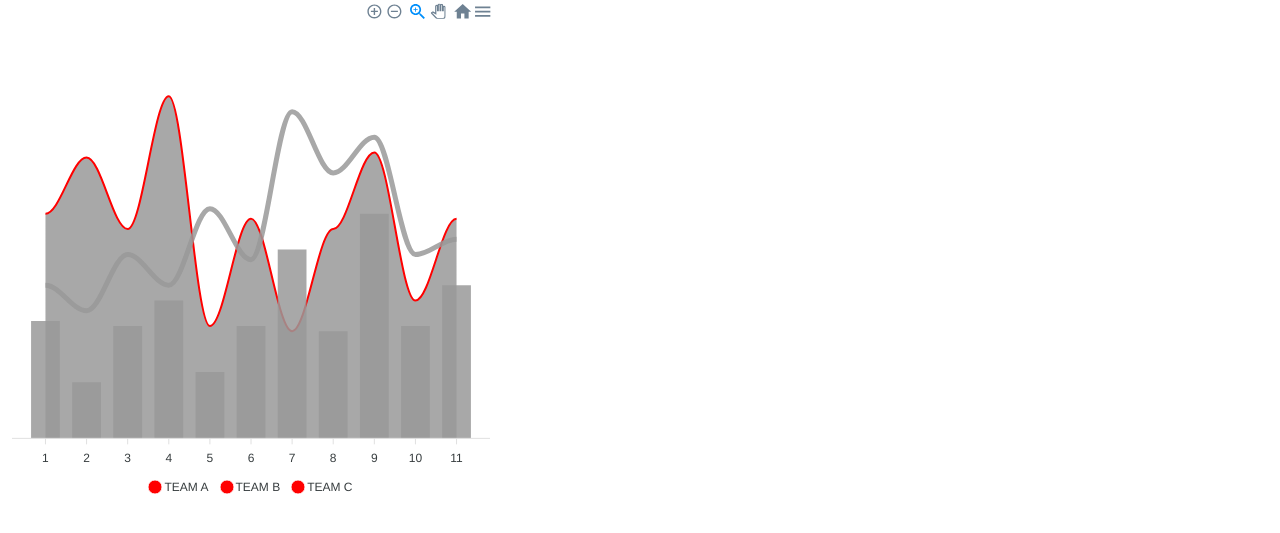
Repository: wanted-pre-onboarding-internship-1team/pre-onboarding-9th-3-1
Page: /
An editor plug-in stored every save of this project. The page is shown before and after the next save, followed by the edit.
The browser window is 1280 px wide. The pictures show the whole page.
The project was rebuilt for these pictures with package versions that can differ from the ones it lists, and the page was loaded fresh each time.

Above is the page before, as saved 2023-03-14 22:14:11.

### public/index.html
<!DOCTYPE html>
<html lang="en">
  <head>
    <meta charset="utf-8" />
    <link rel="icon" href="%PUBLIC_URL%/favicon.ico" />
    <meta name="viewport" content="width=device-width, initial-scale=1" />
    <meta name="theme-color" content="#000000" />

    <title>React App</title>
  </head>

  <body>
    <div id="root"></div>
  </body>
</html>

### src/index.tsx
import App from './App';
import './index.css';
import React from 'react';
import ReactDOM from 'react-dom/client';
import { BrowserRouter } from 'react-router-dom';

const root = ReactDOM.createRoot(
  document.getElementById('root') as HTMLElement
);
root.render(
  <BrowserRouter>
    <App />
  </BrowserRouter>
);

### src/App.tsx
import Router from './router/router';
import { createGlobalStyle } from 'styled-components';
import reset from 'styled-reset';

const GlobalStyle = createGlobalStyle`
  ${reset}
`;

function App() {
  return (
    <>
      <GlobalStyle />
      <Router />
    </>
  );
}

export default App;

### src/router/router.tsx
import Mainpage from '../pages/Mainpage';
import React from 'react';
import { Route, Routes } from 'react-router-dom';

export default function router() {
  return (
    <Routes>
      <Route path='/' element={<Mainpage />} />
    </Routes>
  );
}

### src/pages/Mainpage.tsx
import { api } from '../apis';
import axios from 'axios';
import React from 'react';
import ApexCharts from 'react-apexcharts';

export default function Mainpage() {
  api.mock.getMockDatas().then(data => console.log(data));
  return (
    <div>
      <ApexCharts
        height='500'
        width='500'
        series={[
          {
            name: 'TEAM A',
            type: 'column',
            data: [23, 11, 22, 27, 13, 22, 37, 21, 44, 22, 30],
          },
          {
            name: 'TEAM B',
            type: 'area',
            data: [44, 55, 41, 67, 22, 43, 21, 41, 56, 27, 43],
          },
          {
            name: 'TEAM C',
            type: 'line',
            data: [30, 25, 36, 30, 45, 35, 64, 52, 59, 36, 39],
          },
        ]}
        options={{
          theme: {
            mode: 'light',
          },

          grid: { show: false },
          stroke: {
            width: [0, 2, 5],
            curve: 'smooth',
          },
          yaxis: {
            show: false,
          },
          colors: ['red'],
        }}
      />
    </div>
  );
}

### src/apis/index.ts
import { instance } from './instance';
import MockService from './mockService';

const mockService = new MockService(instance);

export const api = { mock: mockService };

### src/apis/instance.ts
import axios, { AxiosInstance, AxiosRequestConfig, AxiosResponse } from 'axios';

interface CustomInstance extends AxiosInstance {
  get<T = unknown, R = AxiosResponse<T>, D = unknown>(
    url: string,
    config?: AxiosRequestConfig<D>
  ): Promise<R>;
}

const instance: CustomInstance = axios.create({
  baseURL: '/',
});

export { instance };

### src/apis/mockService.ts
import { instance } from './instance';
import { GetMockResponse } from './types/mock';

export default class MockService {
  constructor(private api: typeof instance) {}
  getMockDatas = async () => this.api.get<GetMockResponse>('data/mock.json');
}

### public/data/mock.json
{
  "type": "Flexsys Mock API",
  "version": 1.0,
  "response": {
    "2023-02-01 14:32:00": {
      "id": "성북구",
      "value_area": 46,
      "value_bar": 13111
    },
    "2023-02-01 14:32:05": {
      "id": "강남구",
      "value_area": 9,
      "value_bar": 19143
    },
    "2023-02-01 14:32:10": {
      "id": "노원구",
      "value_area": 79,
      "value_bar": 14798
    },
    "2023-02-01 14:32:15": {
      "id": "중랑구",
      "value_area": 4,
      "value_bar": 14456
    },
    "2023-02-01 14:32:20": {
      "id": "노원구",
      "value_area": 97,
      "value_bar": 19116
    },
    "2023-02-01 14:32:25": {
      "id": "성북구",
      "value_area": 66,
      "value_bar": 18098
    },
    "2023-02-01 14:32:30": {
      "id": "중랑구",
      "value_area": 84,
      "value_bar": 16243
    },
    "2023-02-01 14:32:35": {
      "id": "강남구",
      "value_area": 5,
      "value_bar": 13100
    },
    "2023-02-01 14:32:40": {
      "id": "성북구",
      "value_area": 13,
      "value_bar": 19429
    },
    "2023-02-01 14:32:45": {
      "id": "노원구",
      "value_area": 50,
      "value_bar": 14923
    },
    "2023-02-01 14:32:50": {
      "id": "강남구",
      "value_area": 24,
      "value_bar": 10127
    },
    "2023-02-01 14:32:55": {
      "id": "강남구",
      "value_area": 98,
      "value_bar": 12583
    },
    "2023-02-01 14:33:00": {
      "id": "중랑구",
      "value_area": 7,
      "value_bar": 12310
    },
    "2023-02-01 14:33:05": {
      "id": "중랑구",
      "value_area": 21,
      "value_bar": 15764
    },
    "2023-02-01 14:33:10": {
      "id": "강남구",
      "value_area": 67,
      "value_bar": 11060
    },
    "2023-02-01 14:33:15": {
      "id": "강남구",
      "value_area": 69,
      "value_bar": 14857
    },
    "2023-02-01 14:33:20": {
      "id": "노원구",
      "value_area": 86,
      "value_bar": 13995
    },
    "2023-02-01 14:33:25": {
      "id": "중랑구",
      "value_area": 59,
      "value_bar": 14773
    },
    "2023-02-01 14:33:30": {
      "id": "노원구",
      "value_area": 77,
      "value_bar": 18347
    },
    "2023-02-01 14:33:35": {
      "id": "성북구",
      "value_area": 77,
      "value_bar": 15970
    },
    "2023-02-01 14:33:40": {
      "id": "성북구",
      "value_area": 27,
      "value_bar": 18577
    },
    "2023-02-01 14:33:45": {
      "id": "성북구",
      "value_area": 33,
      "value_bar": 11704
    },
    "2023-02-01 14:33:50": {
      "id": "성북구",
      "value_area": 17,
      "value_bar": 17241
    },
    "2023-02-01 14:33:55": {
      "id": "노원구",
      "value_area": 22,
      "value_bar": 14450
    },
    "2023-02-01 14:34:00": {
      "id": "중랑구",
      "value_area": 27,
      "value_bar": 14970
    },
    "2023-02-01 14:34:05": {
      "id": "중랑구",
      "value_area": 99,
      "value_bar": 17906
    },
    "2023-02-01 14:34:10": {
      "id": "강남구",
      "value_area": 65,
      "value_bar": 11233
    },
    "2023-02-01 14:34:15": {
      "id": "노원구",
      "value_area": 38,
      "value_bar": 17306
    },
    "2023-02-01 14:34:20": {
      "id": "성북구",
      "value_area": 63,
      "value_bar": 14577
    },
    "2023-02-01 14:34:25": {
      "id": "중랑구",
      "value_area": 58,
      "value_bar": 13199
    },
    "2023-02-01 14:34:30": {
      "id": "중랑구",
      "value_area": 93,
      "value_bar": 12707
    },
    "2023-02-01 14:34:35": {
      "id": "강남구",
      "value_area": 74,
      "value_bar": 15064
    },
    "2023-02-01 14:34:40": {
      "id": "강남구",
      "value_area": 45,
      "value_bar": 16300
    },
    "2023-02-01 14:34:45": {
      "id": "성북구",
      "value_area": 7,
      "value_bar": 14605
    },
    "2023-02-01 14:34:50": {
      "id": "노원구",
      "value_area": 7,
      "value_bar": 15210
    },
    "2023-02-01 14:34:55": {
      "id": "성북구",
      "value_area": 89,
      "value_bar": 13578
    },
    "2023-02-01 14:35:00": {
      "id": "중랑구",
      "value_area": 37,
      "value_bar": 11298
    },
    "2023-02-01 14:35:05": {
      "id": "노원구",
      "value_area": 82,
      "value_bar": 15686
    },
    "2023-02-01 14:35:10": {
      "id": "중랑구",
      "value_area": 19,
      "value_bar": 11485
    },
    "2023-02-01 14:35:15": {
      "id": "성북구",
      "value_area": 37,
      "value_bar": 16848
    },
    "2023-02-01 14:35:20": {
      "id": "성북구",
      "value_area": 91,
      "value_bar": 18670
    },
    "2023-02-01 14:35:25": {
      "id": "강남구",
      "value_area": 44,
      "value_bar": 17165
    },
    "2023-02-01 14:35:30": {
      "id": "성북구",
      "value_area": 88,
      "value_bar": 15053
    },
    "2023-02-01 14:35:35": {
      "id": "성북구",
      "value_area": 1,
      "value_bar": 14998
    },
    "2023-02-01 14:35:40": {
      "id": "강남구",
      "value_area": 7,
      "value_bar": 17739
    },
    "2023-02-01 14:35:45": {
      "id": "중랑구",
      "value_area": 17,
      "value_bar": 19212
    },
    "2023-02-01 14:35:50": {
      "id": "노원구",
      "value_area": 73,
      "value_bar": 16757
    },
    "2023-02-01 14:35:55": {
      "id": "노원구",
      "value_area": 24,
      "value_bar": 12864
    },
    "2023-02-01 14:36:00": {
      "id": "노원구",
      "value_area": 99,
      "value_bar": 10178
    },
    "2023-02-01 14:36:05": {
      "id": "성북구",
      "value_area": 13,
      "value_bar": 19425
    },
    "2023-02-01 14:36:10": {
      "id": "강남구",
      "value_area": 2,
      "value_bar": 12455
    },
    "2023-02-01 14:36:15": {
      "id": "노원구",
      "value_area": 91,
      "value_bar": 16945
    },
    "2023-02-01 14:36:20": {
      "id": "성북구",
      "value_area": 10,
      "value_bar": 13734
    },
    "2023-02-01 14:36:25": {
      "id": "성북구",
      "value_area": 14,
      "value_bar": 13894
    },
    "2023-02-01 14:36:30": {
      "id": "중랑구",
      "value_area": 82,
      "value_bar": 19367
    },
    "2023-02-01 14:36:35": {
      "id": "중랑구",
      "value_area": 71,
      "value_bar": 15492
    },
    "2023-02-01 14:36:40": {
      "id": "강남구",
      "value_area": 2,
      "value_bar": 19082
    },
    "2023-02-01 14:36:45": {
      "id": "노원구",
      "value_area": 24,
      "value_bar": 13117
    },
    "2023-02-01 14:36:50": {
      "id": "노원구",
      "value_area": 96,
      "value_bar": 15744
    },
    "2023-02-01 14:36:55": {
      "id": "성북구",
      "value_area": 74,
      "value_bar": 15609
    },
    "2023-02-01 14:37:00": {
      "id": "노원구",
      "value_area": 48,
      "value_bar": 14747
    },
    "2023-02-01 14:37:05": {
      "id": "중랑구",
      "value_area": 34,
      "value_bar": 15331
    },
    "2023-02-01 14:37:10": {
      "id": "노원구",
      "value_area": 73,
      "value_bar": 12292
    },
    "2023-02-01 14:37:15": {
      "id": "강남구",
      "value_area": 77,
      "value_bar": 11454
    },
    "2023-02-01 14:37:20": {
      "id": "강남구",
      "value_area": 94,
      "value_bar": 12972
    },
    "2023-02-01 14:37:25": {
      "id": "성북구",
      "value_area": 29,
      "value_bar": 19279
    },
    "2023-02-01 14:37:30": {
      "id": "노원구",
      "value_area": 73,
      "value_bar": 18371
    },
    "2023-02-01 14:37:35": {
      "id": "노원구",
      "value_area": 50,
      "value_bar": 13317
    },
    "2023-02-01 14:37:40": {
      "id": "강남구",
      "value_area": 65,
      "value_bar": 18504
    },
    "2023-02-01 14:37:45": {
      "id": "성북구",
      "value_area": 87,
      "value_bar": 16196
    },
    "2023-02-01 14:37:50": {
      "id": "강남구",
      "value_area": 14,
      "value_bar": 19701
    },
    "2023-02-01 14:37:55": {
      "id": "중랑구",
      "value_area": 80,
      "value_bar": 14836
    },
    "2023-02-01 14:38:00": {
      "id": "노원구",
      "value_area": 14,
      "value_bar": 13074
    },
    "2023-02-01 14:38:05": {
      "id": "성북구",
      "value_area": 25,
      "value_bar": 18335
    },
    "2023-02-01 14:38:10": {
      "id": "중랑구",
      "value_area": 22,
      "value_bar": 15022
    },
    "2023-02-01 14:38:15": {
      "id": "노원구",
      "value_area": 6,
      "value_bar": 12043
    },
    "2023-02-01 14:38:20": {
      "id": "중랑구",
      "value_area": 88,
      "value_bar": 11144
    },
    "2023-02-01 14:38:25": {
      "id": "강남구",
      "value_area": 1,
      "value_bar": 17518
    },
    "2023-02-01 14:38:30": {
      "id": "노원구",
      "value_area": 90,
      "value_bar": 18643
    },
    "2023-02-01 14:38:35": {
      "id": "성북구",
      "value_area": 98,
      "value_bar": 18318
    },
    "2023-02-01 14:38:40": {
      "id": "중랑구",
      "value_area": 4,
      "value_bar": 10746
    },
    "2023-02-01 14:38:45": {
      "id": "강남구",
      "value_area": 43,
      "value_bar": 18806
    },
    "2023-02-01 14:38:50": {
      "id": "중랑구",
      "value_area": 43,
      "value_bar": 16209
    },
    "2023-02-01 14:38:55": {
      "id": "강남구",
      "value_area": 91,
      "value_bar": 14273
    },
    "2023-02-01 14:39:00": {
      "id": "성북구",
      "value_area": 31,
      "value_bar": 19193
    },
    "2023-02-01 14:39:05": {
      "id": "성북구",
      "value_area": 92,
      "value_bar": 19661
    },
    "2023-02-01 14:39:10": {
      "id": "노원구",
      "value_area": 20,
      "value_bar": 19574
    },
    "2023-02-01 14:39:15": {
      "id": "중랑구",
      "value_area": 72,
      "value_bar": 18963
    },
    "2023-02-01 14:39:20": {
      "id": "강남구",
      "value_area": 15,
      "value_bar": 13083
    },
    "2023-02-01 14:39:25": {
      "id": "성북구",
      "value_area": 34,
      "value_bar": 12868
    },
    "2023-02-01 14:39:30": {
      "id": "강남구",
      "value_area": 44,
      "value_bar": 10836
    },
    "2023-02-01 14:39:35": {
      "id": "중랑구",
      "value_area": 13,
      "value_bar": 14255
    },
    "2023-02-01 14:39:40": {
      "id": "노원구",
      "value_area": 35,
      "value_bar": 15437
    },
    "2023-02-01 14:39:45": {
      "id": "중랑구",
      "value_area": 95,
      "value_bar": 18426
    },
    "2023-02-01 14:39:50": {
      "id": "강남구",
      "value_area": 61,
      "value_bar": 11387
    },
    "2023-02-01 14:39:55": {
      "id": "성북구",
      "value_area": 18,
      "value_bar": 14312
    },
    "2023-02-01 14:40:00": {
      "id": "성북구",
      "value_area": 18,
      "value_bar": 18700
    },
    "2023-02-01 14:40:05": {
      "id": "중랑구",
      "value_area": 92,
      "value_bar": 18053
    },
    "2023-02-01 14:40:10": {
      "id": "강남구",
      "value_area": 75,
      "value_bar": 13460
    },
    "2023-02-01 14:40:15": {
      "id": "성북구",
      "value_area": 15,
      "value_bar": 14829
    }
  }
}

Loaded but not shown: src/index.css (common file)

After the next save:
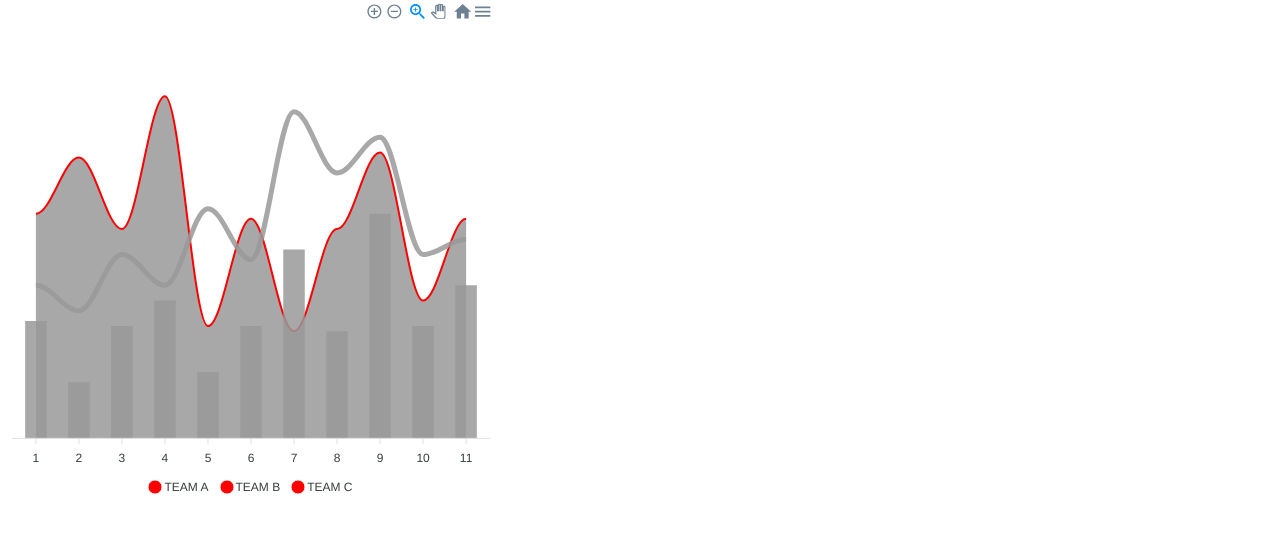
Saved 21 s later.
--- a/src/pages/Mainpage.tsx
+++ b/src/pages/Mainpage.tsx
@@ -37,6 +37,11 @@
             width: [0, 2, 5],
             curve: 'smooth',
           },
+          plotOptions: {
+            bar: {
+              columnWidth: '50%',
+            },
+          },
           yaxis: {
             show: false,
           },

After the save that followed:
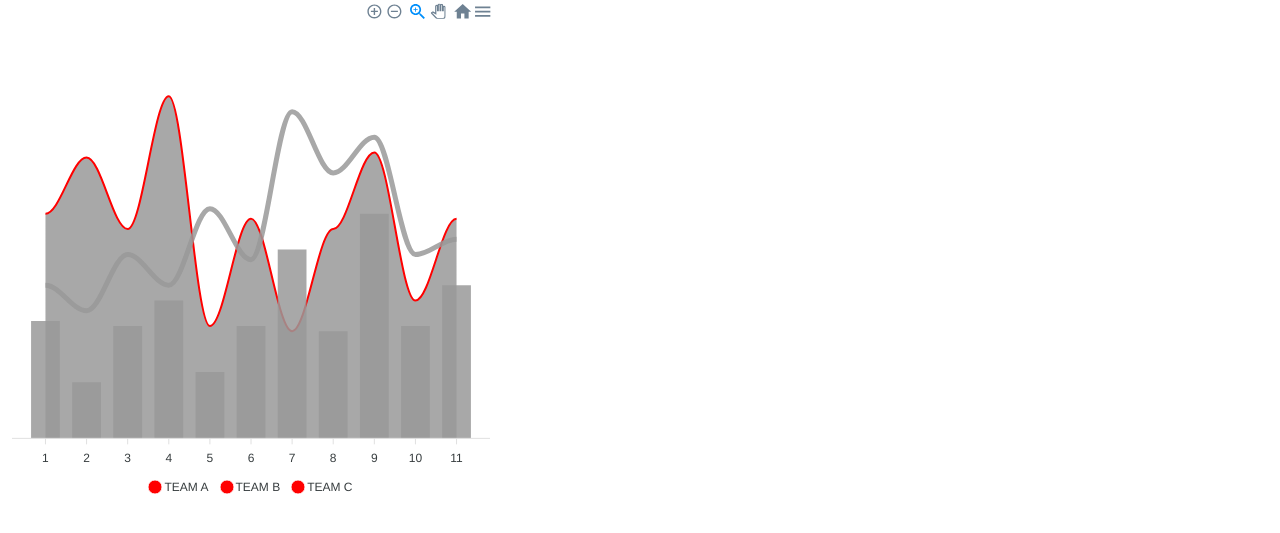
Saved 4 s later.
--- a/src/pages/Mainpage.tsx
+++ b/src/pages/Mainpage.tsx
@@ -37,11 +37,7 @@
             width: [0, 2, 5],
             curve: 'smooth',
           },
-          plotOptions: {
-            bar: {
-              columnWidth: '50%',
-            },
-          },
+
           yaxis: {
             show: false,
           },
